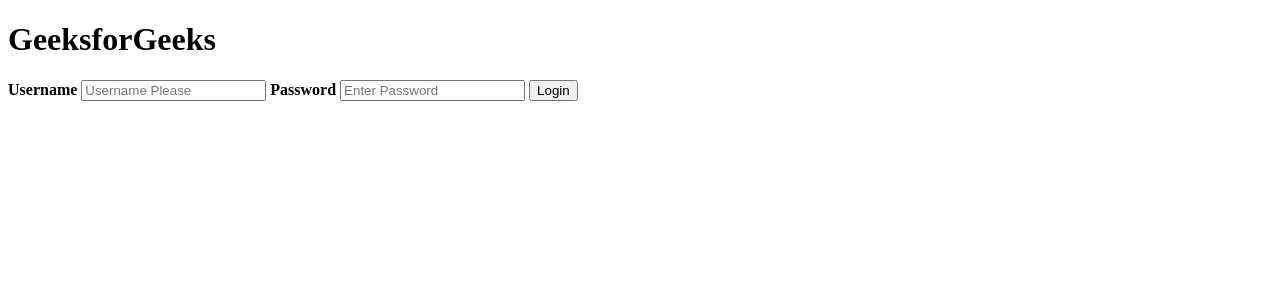
Repository: souvickroy02/quiz-app
Page: contribute.html
These files come from the project's save history. The page is drawn as it stood at one moment and after the next save; the edit follows.
The browser window is 1280 px wide. The pictures show the whole page.

Above is the page before, as saved 2022-07-16 00:10:16.

### contribute.html
<!DOCTYPE html>
<html lang="en">
<head>
    <meta charset="UTF-8">
    <meta http-equiv="X-UA-Compatible" content="IE=edge">
    <meta name="viewport" content="width=device-width, initial-scale=1.0">
    <title>Document</title>
</head>
<body>
    <div class="bg-img">
        <h1>GeeksforGeeks</h1>

        <form class="container">
            <b>Username</b>
            <input type="text" placeholder="Username Please" name="username" required>

            <b>Password</b>
            <input type="password" placeholder="Enter Password" name="password" required>

            <button type="submit" class="button">Login</button>
        </form>
    </div>
</body>
</html>

After the next save:
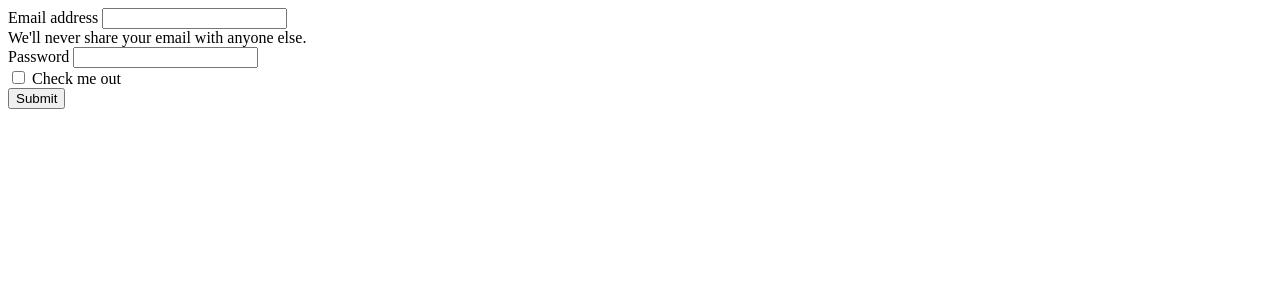
Saved 101 s later.
--- a/contribute.html
+++ b/contribute.html
@@ -7,18 +7,21 @@
     <title>Document</title>
 </head>
 <body>
-    <div class="bg-img">
-        <h1>GeeksforGeeks</h1>
-
-        <form class="container">
-            <b>Username</b>
-            <input type="text" placeholder="Username Please" name="username" required>
-
-            <b>Password</b>
-            <input type="password" placeholder="Enter Password" name="password" required>
-
-            <button type="submit" class="button">Login</button>
-        </form>
-    </div>
+    <form>
+        <div class="mb-3">
+            <label for="exampleInputEmail1" class="form-label">Email address</label>
+            <input type="email" class="form-control" id="exampleInputEmail1" aria-describedby="emailHelp">
+            <div id="emailHelp" class="form-text">We'll never share your email with anyone else.</div>
+        </div>
+        <div class="mb-3">
+            <label for="exampleInputPassword1" class="form-label">Password</label>
+            <input type="password" class="form-control" id="exampleInputPassword1">
+        </div>
+        <div class="mb-3 form-check">
+            <input type="checkbox" class="form-check-input" id="exampleCheck1">
+            <label class="form-check-label" for="exampleCheck1">Check me out</label>
+        </div>
+        <button type="submit" class="btn btn-primary">Submit</button>
+    </form>
 </body>
 </html>
